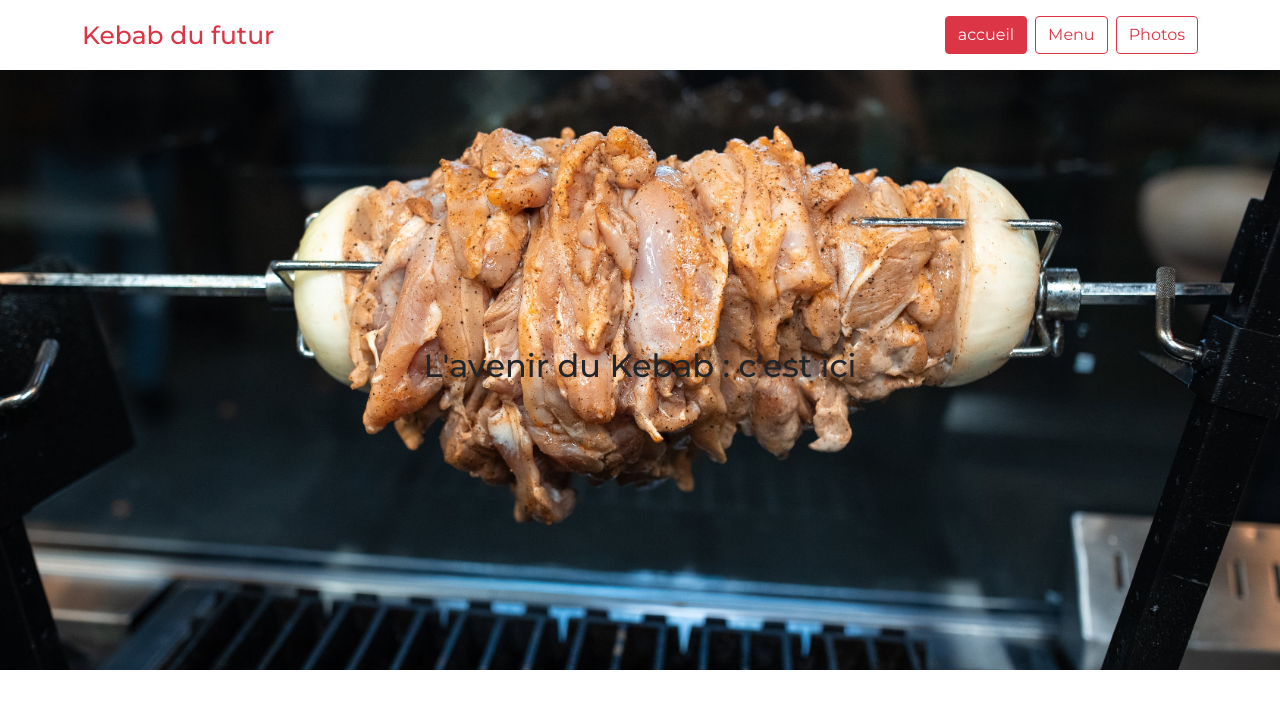
Repository: phbord/THP-js-exercices-manipulation-DOM
Page: index.html
An editor plug-in stored every save of this project. The page is shown before and after the next save, followed by the edit.
The browser window is 1280 px wide. The pictures show the whole page.

Above is the page before, as saved 2021-07-19 11:16:00.

### index.html
<!DOCTYPE HTML>
<html lang="fr">
    <head>
        <title></title>
        <meta charset="utf-8">
        <link href="https://cdn.jsdelivr.net/npm/bootstrap@5.0.2/dist/css/bootstrap.min.css"
                rel="stylesheet"
                integrity="sha384-EVSTQN3/azprG1Anm3QDgpJLIm9Nao0Yz1ztcQTwFspd3yD65VohhpuuCOmLASjC"
                crossorigin="anonymous">
        <link rel="stylesheet" href="./styles/main.css">
    </head>
    <body>
        <!-- HEADER -->
        <header class="py-3">
            <nav class="container d-flex align-items-center justify-content-between">
                <div class="me-5" href="#">
                    <h1 class="text-danger">Kebab du futur</h1>
                </div>
                <ul class="d-flex">
                    <li class="me-2">
                        <a class="btn btn-danger" href="#">accueil</a>
                    </li>
                    <li class="me-2">
                        <a class="btn btn-outline-danger" href="#">Menu</a>
                    </li>
                    <li>
                        <a class="btn btn-outline-danger" href="#">Photos</a>
                    </li>
                </ul>
            </nav>
        </header>

        <!-- ACCUEIL -->
        <section class="home d-flex justify-content-center align-items-center">
            <h2>L'avenir du Kebab : c'est ici</h2>
        </section>

        <!-- MENU -->

        <!-- PHOTOS -->


        <!-- SCRIPTS -->
        <script src="./scripts/main.js"></script>
    </body>
</html>

### styles/main.css
@import url('https://fonts.googleapis.com/css2?family=Montserrat:wght@100;200;300;400;500;600;700;800;900&display=swap');

body {
    font-family: Montserrat;
}

ul,li {
    margin: 0;
    padding: 0;
    list-style: none;
}

header h1 {
    font-size: 25px;
}
header h1 {
    margin: 0;
}
header h2 {
    font-size: 25px;
}

a,button {
    -webkit-transition: all 300ms ease;
    -moz-transition: all 300ms ease;
    -ms-transition: all 300ms ease;
    -o-transition: all 300ms ease;
    transition: all 300ms ease;
}

/* ACCUEIL */
.home {
    height: 600px;
    background: transparent url(../img/i_home.jpeg) center no-repeat;
    background-size: cover;
}
header h2 {
    font-size: 25px;
}

/*  */

Loaded but not shown: scripts/main.js (no copy from this time; the picture is the same without it)

After the next save:
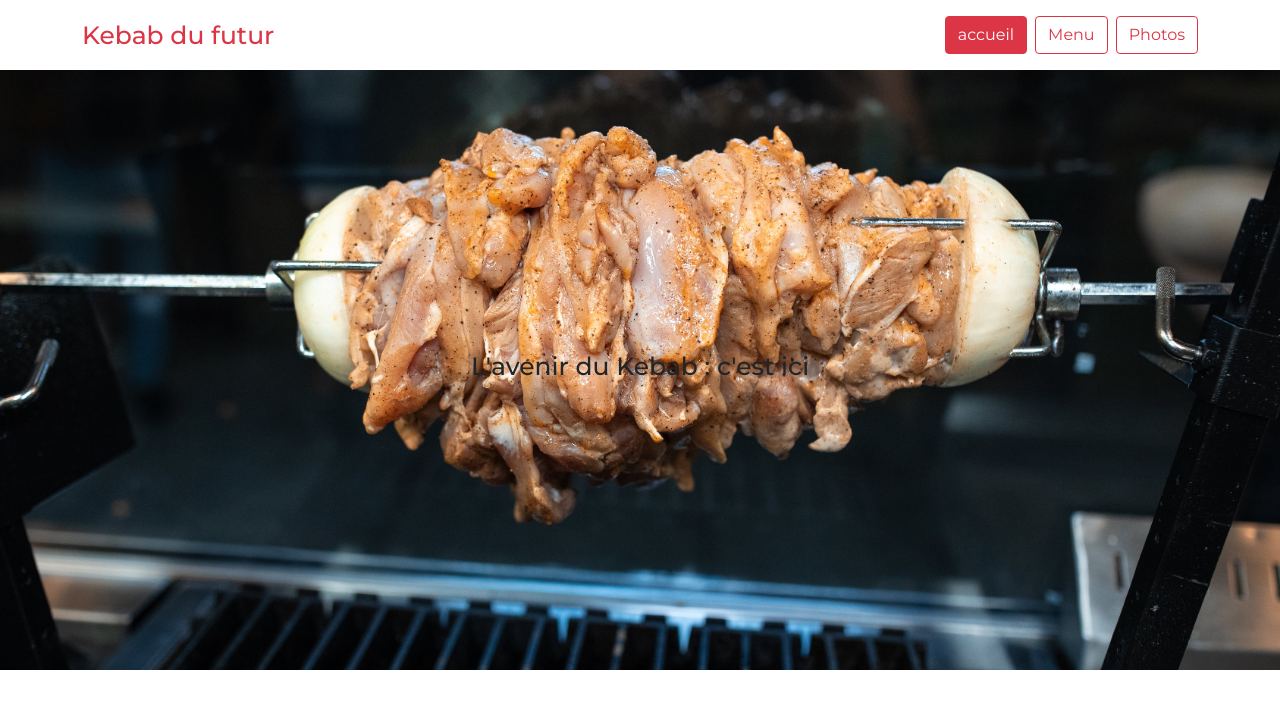
Saved 4 s later.
--- a/styles/main.css
+++ b/styles/main.css
@@ -16,7 +16,7 @@ header h1 {
 header h1 {
     margin: 0;
 }
-header h2 {
+h2 {
     font-size: 25px;
 }
 
